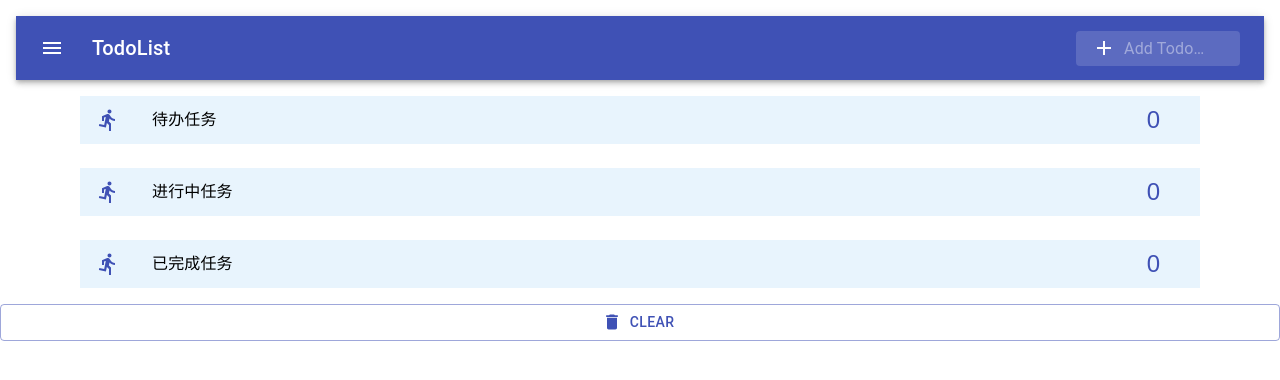
Repository: harperl71/TodoList
Page: /
An editor plug-in stored every save of this project. The page is shown before and after the next save, followed by the edit.
The browser window is 1280 px wide. The pictures show the whole page.
The project was rebuilt for these pictures with package versions that can differ from the ones it lists, and the page was loaded fresh each time. Also part of the build but not shown: src/components/content/task-item/index.tsx.

Above is the page before, as saved 2021-05-21 15:22:13.

### src/App.tsx
import React from "react";
import Header from "./components/header";
import Content from "./components/content";
import Footer from "./components/footer";
import Myprovider from "./context";

function App() {
  return (
    <div className="APP">
      <Myprovider>
        <Header />
        <Content />
        <Footer />
      </Myprovider>
    </div>
  );
}

export default App;

### src/components/header/index.tsx
import React, { useContext } from "react";
import { MyContext } from "../../context";
import AppBar from "@material-ui/core/AppBar";
import Toolbar from "@material-ui/core/Toolbar";
import IconButton from "@material-ui/core/IconButton";
import Typography from "@material-ui/core/Typography";
import InputBase from "@material-ui/core/InputBase";
import { makeStyles, fade } from "@material-ui/core/styles";
import MenuIcon from "@material-ui/icons/Menu";
import AddIcon from "@material-ui/icons/Add";

const useStyles = makeStyles((theme) => ({
  header: {
    margin: theme.spacing(2),
    justifyContent: "space-between",
  },
  listButton: {
    marginRight: theme.spacing(2),
  },
  title: {
    flexGrow: 1,
    display: "none",
    [theme.breakpoints.up("sm")]: {
      display: "block",
    },
  },
  search: {
    position: "relative",
    borderRadius: theme.shape.borderRadius,
    backgroundColor: fade(theme.palette.common.white, 0.15),
    "&:hover": {
      backgroundColor: fade(theme.palette.common.white, 0.25),
    },
    marginLeft: 0,
    width: "100%",
    [theme.breakpoints.up("sm")]: {
      marginLeft: theme.spacing(1),
      width: "auto",
    },
  },
  addIcon: {
    padding: theme.spacing(0, 2),
    height: "100%",
    position: "absolute",
    pointerEvents: "none",
    display: "flex",
    alignItems: "center",
    justifyContent: "center",
  },
  inputRoot: {
    color: "inherit",
  },
  inputInput: {
    padding: theme.spacing(1, 1, 1, 0),
    // vertical padding + font size from searchIcon
    paddingLeft: `calc(1em + ${theme.spacing(4)}px)`,
    transition: theme.transitions.create("width"),
    width: "100%",
    [theme.breakpoints.up("sm")]: {
      width: "12ch",
      "&:focus": {
        width: "20ch",
      },
    },
  },
}));

export default function SearchAppBar() {
  const classes = useStyles();
  const { Add } = useContext(MyContext);

  const enterPress = (evt: React.SyntheticEvent) => {
    if (
      (evt as KeyboardEventInit).code === "Enter" &&
      (evt.target as HTMLInputElement).value !== ""
    ) {
      Add((evt.target as HTMLInputElement).value);
      (evt.target as HTMLInputElement).value = "";
    }
  };

  return (
    <div className={classes.header}>
      <AppBar position="static">
        <Toolbar>
          <IconButton
            edge="start"
            className={classes.listButton}
            color="inherit"
            aria-label="open drawer"
          >
            <MenuIcon />
          </IconButton>
          <Typography className={classes.title} variant="h6" noWrap>
            TodoList
          </Typography>
          <div className={classes.search}>
            <div className={classes.addIcon}>
              <AddIcon />
            </div>
            <InputBase
              placeholder="Add Todo…"
              required
              classes={{
                root: classes.inputRoot,
                input: classes.inputInput,
              }}
              onKeyPress={enterPress}
            />
          </div>
        </Toolbar>
      </AppBar>
    </div>
  );
}

### src/components/content/index.tsx
import React, { Fragment } from "react";
import TaskList from "./task-list";
import { makeStyles } from "@material-ui/core";

const useStyles = makeStyles((theme) => ({
  content: {
    margin: theme.spacing(0, 6),
    justifyContent: "center",
  },
}));

const Content = () => {
  const classes = useStyles();
  return (
    <div className={classes.content}>
      <Fragment>
        <TaskList title="待办任务" status="todo" />
        <TaskList title="进行中任务" status="doing" />
        <TaskList title="已完成任务" status="done" />
      </Fragment>
    </div>
  );
};

export default Content;

### src/components/footer/index.tsx
import React, { useContext } from "react";
import { MyContext } from "../../context";
import { makeStyles, Button } from "@material-ui/core";
import DeleteIcon from "@material-ui/icons/Delete";

const useStyles = makeStyles((theme) => ({
  footer: {},
  button: {
    //margin:0 auto
  },
}));

const Footer = () => {
  const { Clear } = useContext(MyContext);

  const classes = useStyles();

  return (
    <div className={classes.footer}>
      <Button
        variant="outlined"
        color="primary"
        className={classes.button}
        startIcon={<DeleteIcon />}
        onClick={() => {
          Clear();
        }}
        fullWidth
      >
        Clear
      </Button>
    </div>
  );
};

export default Footer;

### src/context/index.tsx
import React, { createContext, useState } from "react";

export interface TodoProps {
  id: number;
  text: string;
  status: string;
}

export interface ContextProps {
  todoList: TodoProps[];
  Add: (item: string) => void;
  Delete: (id: number) => void;
  Remove: (index: number, status: string) => void;
  Clear: () => void;
}

export const MyContext = createContext({} as ContextProps);

const Myprovider = (props: React.PropsWithChildren<{}>) => {
  const [todoList, setList] = useState<TodoProps[]>([]);

  const Add = (item: string) => {
    const listItem = {
      id: new Date().getTime(),
      text: item,
      status: "todo",
    };
    setList([...todoList, listItem]);
  };
  //console.log(...todoList);

  const Delete = (id: number) => {
    setList(todoList.filter((item) => item.id !== id));
  };

  const Remove = (id: number, status: string) => {
    //注：map遍历改变原数组！
    if (status === "todo") {
      setList(
        todoList.map((item) => {
          if (item.id === id) {
            item.status = "doing";
          }
          return item;
        })
      );
    }
    if (status === "doing") {
      setList(
        todoList.map((item) => {
          if (item.id === id) {
            item.status = "done";
          }
          return item;
        })
      );
    }
  };

  const Clear = () => setList([]);

  return (
    <MyContext.Provider value={{ todoList, Add, Delete, Remove, Clear }}>
      {props.children}
    </MyContext.Provider>
  );
};

export default Myprovider;

### src/components/content/task-list/index.tsx
import React, { useContext } from "react";
import TaskItem from "../task-item";
import { MyContext } from "../../../context";
import {
  makeStyles,
  List,
  ListItem,
  ListItemIcon,
  ListItemText,
  IconButton,
} from "@material-ui/core";
import DirectionsRunIcon from "@material-ui/icons/DirectionsRun";

const useStyles = makeStyles((theme) => ({
  list: {
    margin: theme.spacing(0, 4),
    justifyContent: "space-between",
    padding: 0,
  },
  listHeader: {
    marginTop: theme.spacing(1),
    backgroundColor: "#e8f4fd",
  },
  listTitle: {
    justifyContent: "center",
  },
  listnum: {
    marginRight: theme.spacing(3),
    padding: 0,
    color: "secondary",
  },
  listContent: {
    padding: 0,
  },
}));

interface Iprops {
  title: string;
  status: string;
}

const TaskList = ({ title, status }: Iprops) => {
  const classes = useStyles();

  const { todoList } = useContext(MyContext);
  console.log(todoList);
  console.log(status);

  return (
    <div className="task-list">
      <List
        className={classes.list}
        component="nav"
        aria-label="main mailbox folders"
      >
        <ListItem className={classes.listHeader} button>
          <ListItemIcon>
            <DirectionsRunIcon color="primary" />
          </ListItemIcon>
          <ListItemText primary={title} />
          <IconButton
            className={classes.listnum}
            color="primary"
            aria-label="list-num"
          >
            {
              todoList.filter((item) => {
                return item.status === status;
              }).length
            }
          </IconButton>
        </ListItem>
        <List className={title}>
          {todoList
            .filter((item) => {
              return item.status === status;
            })
            .map((item) => {
              return <TaskItem Item={item} />;
            })}
        </List>
      </List>
    </div>
  );
};

export default TaskList;

Loaded but not shown: public/index.html (common file); src/index.tsx (common file); src/index.css (common file); src/reportWebVitals.ts (common file)

After the next save:
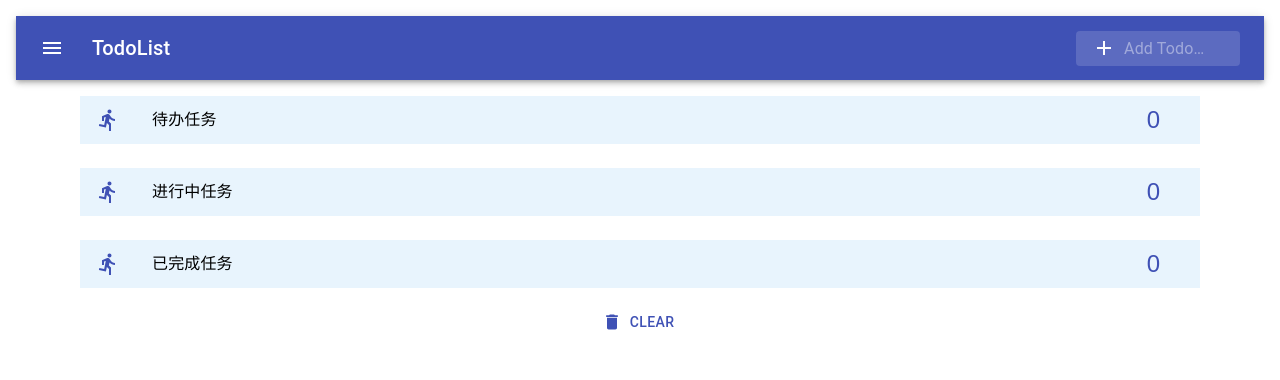
Saved 16 s later.
--- a/src/components/footer/index.tsx
+++ b/src/components/footer/index.tsx
@@ -18,7 +18,7 @@ const Footer = () => {
   return (
     <div className={classes.footer}>
       <Button
-        variant="outlined"
+        variant="text"
         color="primary"
         className={classes.button}
         startIcon={<DeleteIcon />}
